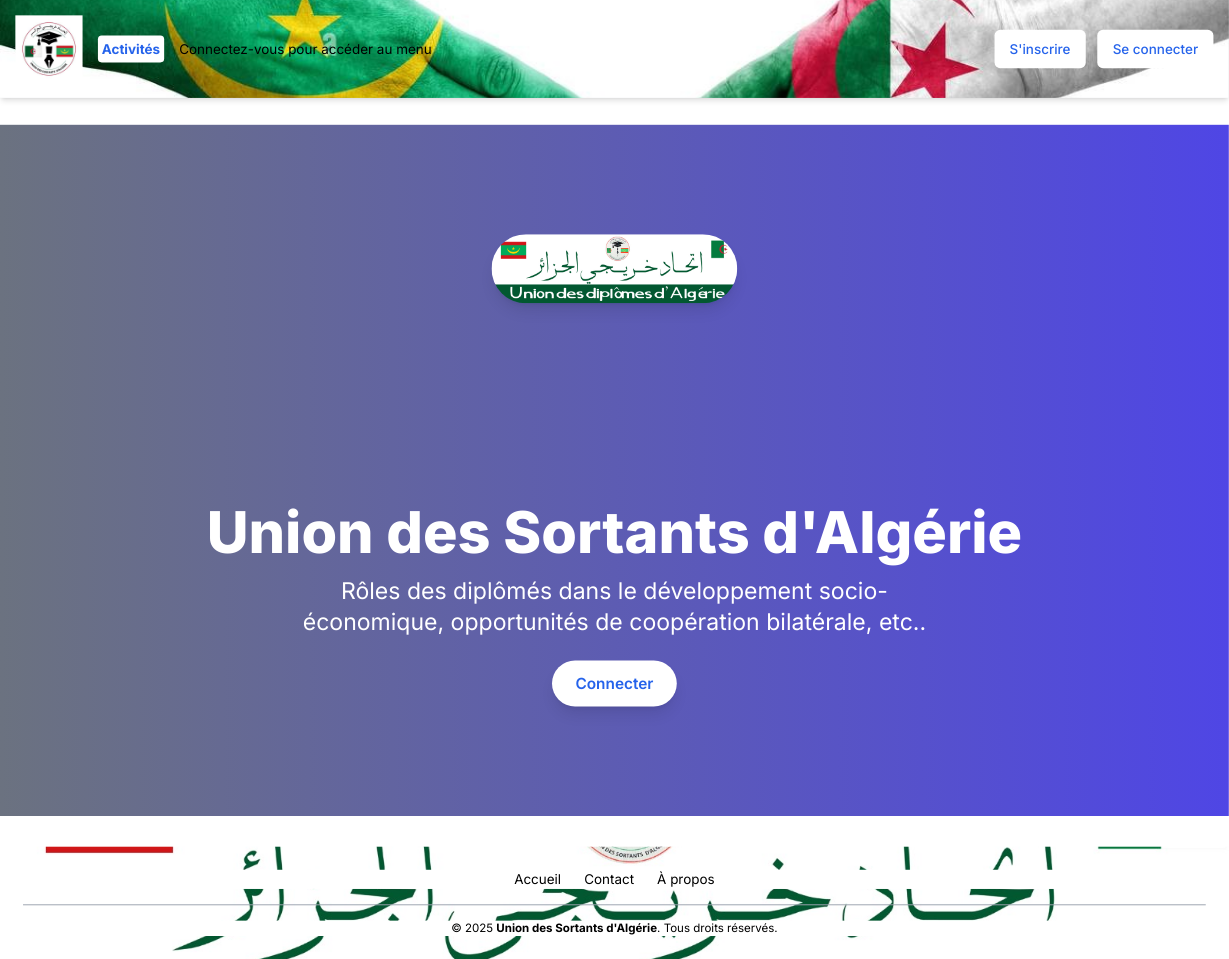
Repository: lamatmed/usa
Page: /
An editor plug-in stored every save of this project. The page is shown before and after the next save, followed by the edit.
The browser window is 1280 px wide. The pictures show the whole page, at 96% of full size.
The project was rebuilt for these pictures with package versions that can differ from the ones it lists, and the page was loaded fresh each time. The framework's server and built-in components were replaced by stand-ins that run in the browser. Also part of the build but not shown: next.config.js, components/ui/dropdown-menu.tsx.

Above is the page before, as saved 2025-04-11 18:52:34.

### app/layout.tsx
import "./globals.css";
import type { Metadata } from "next";
import { Inter } from "next/font/google";
import { AuthProvider } from "@/components/AuthContext";
import NavBar from "@/components/NavBar";
import { Toaster } from "@/components/ui/toaster";
import Footer from "@/components/Footer";

const inter = Inter({ subsets: ["latin"] });

export const metadata: Metadata = {
  title: "Union des Sortants  d'Algérie",
  description: "Application",
  icons: "/R.png",
};

export default function RootLayout({
  children,
}: {
  children: React.ReactNode;
}) {
  return (
    <html lang="fr" className={inter.className} suppressHydrationWarning>
      <body className="flex flex-col min-h-screen">
        <AuthProvider>
          <NavBar />
          <main className="flex-grow mt-7">{children}</main>
          <Footer />
        </AuthProvider>
        <Toaster /> {/* Placer Toaster en dehors d'AuthProvider pour éviter sa réinitialisation */}
      </body>
    </html>
  );
}

### app/page.tsx
'use client';

import { motion } from "framer-motion";
import Image from "next/image";

export default function Hero() {
  return (
    <section className="w-full min-h-screen flex flex-col justify-center items-center text-center bg-gradient-to-r from-gray-500 to-indigo-600 text-white px-8 md:px-10">
      <motion.div
        className="relative w-32 h-32 md:w-48 md:h-48 lg:w-64 lg:h-64 mb-6"
        initial={{ opacity: 0, scale: 0.8 }}
        animate={{ opacity: 1, scale: 1 }}
        transition={{ duration: 0.8 }}
      >
        <Image
          src="/uda.jpg" // Remplace avec l'URL de ton image
          alt="Uda"
          width={256}  // Provide width for optimization
          height={256} // Provide height for optimization
         // Use intrinsic layout for responsive image
          className="rounded-full shadow-lg"

        />
      </motion.div>

      <motion.h1
        className="text-3xl md:text-5xl lg:text-6xl font-extrabold"
        initial={{ opacity: 0, y: -50 }}
        animate={{ opacity: 1, y: 0 }}
        transition={{ duration: 0.8 }}
      >
        Union des Sortants d&apos;Algérie
      </motion.h1>

      <motion.p
        className="mt-4 text-lg md:text-xl lg:text-2xl max-w-2xl"
        initial={{ opacity: 0, y: 20 }}
        animate={{ opacity: 1, y: 0 }}
        transition={{ delay: 0.3, duration: 0.8 }}
      >
        Rôles des diplômés dans le développement socio-économique, opportunités de coopération bilatérale, etc..
      </motion.p>

      <motion.a
        href="/login"
        className="mt-6 px-6 py-3 bg-white text-blue-600 font-semibold rounded-full shadow-lg hover:bg-gray-200 transition transform hover:scale-105"
        initial={{ opacity: 0, scale: 0.8 }}
        animate={{ opacity: 1, scale: 1 }}
        transition={{ delay: 0.5, duration: 0.5 }}
        aria-label="Se connecter pour accéder à l'espace personnel"  // Added an aria-label for accessibility
      >
        Connecter
      </motion.a>
    </section>
  );
}

### components/AuthContext.tsx
"use client";

import { createContext, useState, useEffect, useCallback } from "react";

interface User {
  nni: string;
  id: string;
  name: string;
  role: string;
  photo: string| undefined;
  address: string| undefined;
  job:  string| undefined;
  domain : string| undefined;
  cv: string| undefined
}

interface AuthContextType {
  user: User | null;
  isAuthenticated: boolean;
  login: (token: string) => void;
  logout: () => void;
}

export const AuthContext = createContext<AuthContextType | null>(null);

export function AuthProvider({ children }: { children: React.ReactNode }) {
  const [user, setUser] = useState<User | null>(null);
  const [isAuthenticated, setIsAuthenticated] = useState(false);

  // ✅ `fetchUser` est maintenant stable grâce à `useCallback`
  const fetchUser = useCallback((token: string) => {
    console.log("🔍 Envoi du token pour récupération de l'utilisateur...");

    fetch("/api/me", {
      headers: { Authorization: `Bearer ${token}` },
    })
      .then((res) => res.json())
      .then((data) => {
        console.log("🔍 Réponse API:", data);
        if (data.user) {
          setUser(data.user);
          setIsAuthenticated(true);
        } else {
          throw new Error("Utilisateur non trouvé");
        }
      })
      .catch((error) => {
        console.log("❌ Erreur lors de la récupération de l'utilisateur:", error);
        logout(); // Un seul appel ici
      });
  }, []);


  useEffect(() => {
    const token = localStorage.getItem("token");
    if (token) {
      fetchUser(token); // ✅ Plus de warning
    }
  }, [fetchUser]); // ✅ fetchUser est maintenant stable

  function login(token: string) {
    console.log("✅ Connexion réussie, stockage du token...");
    localStorage.setItem("token", token);
    fetchUser(token);
  }

  function logout() {
    console.log("🚪 Déconnexion, suppression du token...");
    localStorage.removeItem("token");
    setUser(null);
    setIsAuthenticated(false);
  }

  return (
    <AuthContext.Provider value={{ user, isAuthenticated, login, logout }}>
      {children}
    </AuthContext.Provider>
  );
}

### components/ui/toaster.tsx
'use client';

import { useToast } from '@/hooks/use-toast';
import {
  Toast,
  ToastClose,
  ToastDescription,
  ToastProvider,
  ToastTitle,
  ToastViewport,
} from '@/components/ui/toast';

export function Toaster() {
  const { toasts } = useToast();

  return (
    <ToastProvider>
      {toasts.map(function ({ id, title, description, action, ...props }) {
        return (
          <Toast key={id} {...props}>
            <div className="grid gap-1">
              {title && <ToastTitle>{title}</ToastTitle>}
              {description && (
                <ToastDescription>{description}</ToastDescription>
              )}
            </div>
            {action}
            <ToastClose />
          </Toast>
        );
      })}
      <ToastViewport />
    </ToastProvider>
  );
}

### components/Footer.tsx
"use client";

import Link from "next/link";
import { motion } from "framer-motion";

const Footer = () => {
  return (
    <motion.footer
      initial={{ opacity: 0, y: 20 }}
      animate={{ opacity: 1, y: 0 }}
      transition={{ duration: 0.6 }}
      className="w-full py-6 bg-gradient-to-r from-gray-900 to-gray-700 text-white shadow-md mt-8"
      style={{
        backgroundImage: "url('/uda.jpg')", // Remplace par ton image
        backgroundSize: "cover",
        backgroundPosition: "center",
      }}
    >
      <div className="container mx-auto px-6 max-w-7xl text-center">
        {/* Liens rapides */}
        <nav className="mb-4 flex justify-center space-x-6 bg-white text-black">
          <Link href="/" className="text-sm hover:bg-blue-400 transition ">
            Accueil
          </Link>
          <Link
            href="/contact"
            className="text-sm hover:text-blue-900transition hover:bg-blue-400 "
          >
            Contact
          </Link>
          <Link
            href="/about"
            className="text-sm hover:bg-blue-400 transition"
          >
            À propos
          </Link>
        </nav>

        {/* Copyright */}
        <div className="border-t border-gray-400 pt-4 text-center px-2 sm:px-4">
          <p className="text-[10px] sm:text-xs text-black whitespace-nowrap bg-white">
            © {new Date().getFullYear()}{" "}
            <span className="font-bold">Union des Sortants d&apos;Algérie</span>
            . Tous droits réservés.
          </p>
        </div>
      </div>
    </motion.footer>
  );
};

export default Footer;

### components/ui/button.tsx
import * as React from 'react';
import { Slot } from '@radix-ui/react-slot';
import { cva, type VariantProps } from 'class-variance-authority';

import { cn } from '@/lib/utils';

const buttonVariants = cva(
  'inline-flex items-center justify-center whitespace-nowrap rounded-md text-sm font-medium ring-offset-background transition-colors focus-visible:outline-none focus-visible:ring-2 focus-visible:ring-ring focus-visible:ring-offset-2 disabled:pointer-events-none disabled:opacity-50',
  {
    variants: {
      variant: {
        default: 'bg-primary text-primary-foreground hover:bg-primary/90',
        destructive:
          'bg-destructive text-destructive-foreground hover:bg-destructive/90',
        outline:
          'border border-input bg-background hover:bg-accent hover:text-accent-foreground',
        secondary:
          'bg-secondary text-secondary-foreground hover:bg-secondary/80',
        ghost: 'hover:bg-accent hover:text-accent-foreground',
        link: 'text-primary underline-offset-4 hover:underline',
      },
      size: {
        default: 'h-10 px-4 py-2',
        sm: 'h-9 rounded-md px-3',
        lg: 'h-11 rounded-md px-8',
        icon: 'h-10 w-10',
      },
    },
    defaultVariants: {
      variant: 'default',
      size: 'default',
    },
  }
);

export interface ButtonProps
  extends React.ButtonHTMLAttributes<HTMLButtonElement>,
    VariantProps<typeof buttonVariants> {
  asChild?: boolean;
}

const Button = React.forwardRef<HTMLButtonElement, ButtonProps>(
  ({ className, variant, size, asChild = false, ...props }, ref) => {
    const Comp = asChild ? Slot : 'button';
    return (
      <Comp
        className={cn(buttonVariants({ variant, size, className }))}
        ref={ref}
        {...props}
      />
    );
  }
);
Button.displayName = 'Button';

export { Button, buttonVariants };

### components/main-nav.tsx
"use client"

import Link from "next/link"
import { usePathname } from "next/navigation"
import { useContext } from "react"
import { AuthContext } from "@/components/AuthContext"
import { cn } from "@/lib/utils"
import {
  Users,
  Clipboard,
  ComputerIcon ,
  LayoutDashboard
} from "lucide-react"

type NavigationItem = {
  name: string;
  href: string;
  icon: React.ComponentType<any>;
}

type Navigation = {
  ADMIN: NavigationItem[];
  USER: NavigationItem[];

}

const navigation: Navigation = {
  ADMIN: [
    { name: "Tableau de bord", href: "/dashboard", icon: LayoutDashboard },

    { name: "Mon espace", href: "/dashboard/espace-user", icon: ComputerIcon},
    { name: "Mombres", href: "/dashboard/users", icon: Users },
    { name: "Election", href: "/dashboard/config-vote", icon: Clipboard },
  ],
  USER: [
    { name: "Tableau de bord", href: "/dashboard", icon: LayoutDashboard },
    { name: "Mon espace", href: "/dashboard/espace-user", icon: Users },

  ],

}

export function MainNav() {
  const pathname = usePathname()
  const { user, isAuthenticated } = useContext(AuthContext)!;

  // Vérifier le rôle de l'utilisateur
  const userRole = user?.role || "USER";
  const allowedNavigation = navigation[userRole as keyof Navigation] || navigation.USER;

  return (
    <nav className="flex flex-col md:flex-row items-center md:space-x-6 space-y-2 md:space-y-0">
      {isAuthenticated && user ? (
        allowedNavigation.map((item) => {
          const Icon = item.icon
          const isActive = pathname === item.href

          return (
            <Link
              key={item.href}
              href={item.href}
              className={cn(
                "flex items-center text-sm font-medium transition-colors duration-200 px-4 py-2 rounded-lg w-full md:w-auto",
                isActive
                  ? "text-blue-600 bg-gray-100 md:border-b-2 border-blue-600"
                  : "text-gray-700 bg-white hover:text-blue-500 hover:bg-gray-100"
              )}
            >
              <Icon className="mr-2 h-5 w-5" />
              {item.name}
            </Link>
          )
        })
      ) : (
        <span className="text-black text-sm">Connectez-vous pour accéder au menu</span>
      )}
    </nav>
  )
}

### hooks/use-toast.ts
'use client';

import { ToastActionElement, ToastProps } from '@/components/ui/toast';
// Inspired by react-hot-toast library
import * as React from 'react';



const TOAST_LIMIT = 1;
const TOAST_REMOVE_DELAY = 1000000;

type ToasterToast = ToastProps& {
  id: string;
  title?: React.ReactNode;
  description?: React.ReactNode;
  action?: ToastActionElement;
};

const actionTypes = {
  ADD_TOAST: 'ADD_TOAST',
  UPDATE_TOAST: 'UPDATE_TOAST',
  DISMISS_TOAST: 'DISMISS_TOAST',
  REMOVE_TOAST: 'REMOVE_TOAST',
} as const;

let count = 0;

function genId() {
  count = (count + 1) % Number.MAX_SAFE_INTEGER;
  return count.toString();
}

type ActionType = typeof actionTypes;

type Action =
  | {
      type: ActionType['ADD_TOAST'];
      toast: ToasterToast;
    }
  | {
      type: ActionType['UPDATE_TOAST'];
      toast: Partial<ToasterToast>;
    }
  | {
      type: ActionType['DISMISS_TOAST'];
      toastId?: ToasterToast['id'];
    }
  | {
      type: ActionType['REMOVE_TOAST'];
      toastId?: ToasterToast['id'];
    };

interface State {
  toasts: ToasterToast[];
}

const toastTimeouts = new Map<string, ReturnType<typeof setTimeout>>();

const addToRemoveQueue = (toastId: string) => {
  if (toastTimeouts.has(toastId)) {
    return;
  }

  const timeout = setTimeout(() => {
    toastTimeouts.delete(toastId);
    dispatch({
      type: 'REMOVE_TOAST',
      toastId: toastId,
    });
  }, TOAST_REMOVE_DELAY);

  toastTimeouts.set(toastId, timeout);
};

export const reducer = (state: State, action: Action): State => {
  switch (action.type) {
    case 'ADD_TOAST':
      return {
        ...state,
        toasts: [action.toast, ...state.toasts].slice(0, TOAST_LIMIT),
      };

    case 'UPDATE_TOAST':
      return {
        ...state,
        toasts: state.toasts.map((t) =>
          t.id === action.toast.id ? { ...t, ...action.toast } : t
        ),
      };

    case 'DISMISS_TOAST': {
      const { toastId } = action;

      // ! Side effects ! - This could be extracted into a dismissToast() action,
      // but I'll keep it here for simplicity
      if (toastId) {
        addToRemoveQueue(toastId);
      } else {
        state.toasts.forEach((toast) => {
          addToRemoveQueue(toast.id);
        });
      }

      return {
        ...state,
        toasts: state.toasts.map((t) =>
          t.id === toastId || toastId === undefined
            ? {
                ...t,
                open: false,
              }
            : t
        ),
      };
    }
    case 'REMOVE_TOAST':
      if (action.toastId === undefined) {
        return {
          ...state,
          toasts: [],
        };
      }
      return {
        ...state,
        toasts: state.toasts.filter((t) => t.id !== action.toastId),
      };
  }
};

const listeners: Array<(state: State) => void> = [];

let memoryState: State = { toasts: [] };

function dispatch(action: Action) {
  memoryState = reducer(memoryState, action);
  listeners.forEach((listener) => {
    listener(memoryState);
  });
}

type Toast = Omit<ToasterToast, 'id'>;

function toast({ ...props }: Toast) {
  const id = genId();

  const update = (props: ToasterToast) =>
    dispatch({
      type: 'UPDATE_TOAST',
      toast: { ...props, id },
    });
  const dismiss = () => dispatch({ type: 'DISMISS_TOAST', toastId: id });

  dispatch({
    type: 'ADD_TOAST',
    toast: {
      ...props,
      id,
      open: true,
      onOpenChange: (open) => {
        if (!open) dismiss();
      },
    },
  });

  return {
    id: id,
    dismiss,
    update,
  };
}

function useToast() {
  const [state, setState] = React.useState<State>(memoryState);

  React.useEffect(() => {
    listeners.push(setState);
    return () => {
      const index = listeners.indexOf(setState);
      if (index > -1) {
        listeners.splice(index, 1);
      }
    };
  }, [state]);

  return {
    ...state,
    toast,
    dismiss: (toastId?: string) => dispatch({ type: 'DISMISS_TOAST', toastId }),
  };
}

export { useToast, toast };

### components/ui/toast.tsx
'use client';

import * as React from 'react';
import * as ToastPrimitives from '@radix-ui/react-toast';
import { cva, type VariantProps } from 'class-variance-authority';
import { X } from 'lucide-react';

import { cn } from '@/lib/utils';

const ToastProvider = ToastPrimitives.Provider;

const ToastViewport = React.forwardRef<
  React.ElementRef<typeof ToastPrimitives.Viewport>,
  React.ComponentPropsWithoutRef<typeof ToastPrimitives.Viewport>
>(({ className, ...props }, ref) => (
  <ToastPrimitives.Viewport
    ref={ref}
    className={cn(
      'fixed top-0 z-[100] flex max-h-screen w-full flex-col-reverse p-4 sm:bottom-0 sm:right-0 sm:top-auto sm:flex-col md:max-w-[420px]',
      className
    )}
    {...props}
  />
));
ToastViewport.displayName = ToastPrimitives.Viewport.displayName;

const toastVariants = cva(
  'group pointer-events-auto relative flex w-full items-center justify-between space-x-4 overflow-hidden rounded-md border p-6 pr-8 shadow-lg transition-all data-[swipe=cancel]:translate-x-0 data-[swipe=end]:translate-x-[var(--radix-toast-swipe-end-x)] data-[swipe=move]:translate-x-[var(--radix-toast-swipe-move-x)] data-[swipe=move]:transition-none data-[state=open]:animate-in data-[state=closed]:animate-out data-[swipe=end]:animate-out data-[state=closed]:fade-out-80 data-[state=closed]:slide-out-to-right-full data-[state=open]:slide-in-from-top-full data-[state=open]:sm:slide-in-from-bottom-full',
  {
    variants: {
      variant: {
        default: 'border bg-background text-foreground',
        destructive:
          'destructive group border-destructive bg-destructive text-destructive-foreground',
      },
    },
    defaultVariants: {
      variant: 'default',
    },
  }
);

const Toast = React.forwardRef<
  React.ElementRef<typeof ToastPrimitives.Root>,
  React.ComponentPropsWithoutRef<typeof ToastPrimitives.Root> &
    VariantProps<typeof toastVariants>
>(({ className, variant, ...props }, ref) => {
  return (
    <ToastPrimitives.Root
      ref={ref}
      className={cn(toastVariants({ variant }), className)}
      {...props}
    />
  );
});
Toast.displayName = ToastPrimitives.Root.displayName;

const ToastAction = React.forwardRef<
  React.ElementRef<typeof ToastPrimitives.Action>,
  React.ComponentPropsWithoutRef<typeof ToastPrimitives.Action>
>(({ className, ...props }, ref) => (
  <ToastPrimitives.Action
    ref={ref}
    className={cn(
      'inline-flex h-8 shrink-0 items-center justify-center rounded-md border bg-transparent px-3 text-sm font-medium ring-offset-background transition-colors hover:bg-secondary focus:outline-none focus:ring-2 focus:ring-ring focus:ring-offset-2 disabled:pointer-events-none disabled:opacity-50 group-[.destructive]:border-muted/40 group-[.destructive]:hover:border-destructive/30 group-[.destructive]:hover:bg-destructive group-[.destructive]:hover:text-destructive-foreground group-[.destructive]:focus:ring-destructive',
      className
    )}
    {...props}
  />
));
ToastAction.displayName = ToastPrimitives.Action.displayName;

const ToastClose = React.forwardRef<
  React.ElementRef<typeof ToastPrimitives.Close>,
  React.ComponentPropsWithoutRef<typeof ToastPrimitives.Close>
>(({ className, ...props }, ref) => (
  <ToastPrimitives.Close
    ref={ref}
    className={cn(
      'absolute right-2 top-2 rounded-md p-1 text-foreground/50 opacity-0 transition-opacity hover:text-foreground focus:opacity-100 focus:outline-none focus:ring-2 group-hover:opacity-100 group-[.destructive]:text-red-300 group-[.destructive]:hover:text-red-50 group-[.destructive]:focus:ring-red-400 group-[.destructive]:focus:ring-offset-red-600',
      className
    )}
    toast-close=""
    {...props}
  >
    <X className="h-4 w-4" />
  </ToastPrimitives.Close>
));
ToastClose.displayName = ToastPrimitives.Close.displayName;

const ToastTitle = React.forwardRef<
  React.ElementRef<typeof ToastPrimitives.Title>,
  React.ComponentPropsWithoutRef<typeof ToastPrimitives.Title>
>(({ className, ...props }, ref) => (
  <ToastPrimitives.Title
    ref={ref}
    className={cn('text-sm font-semibold', className)}
    {...props}
  />
));
ToastTitle.displayName = ToastPrimitives.Title.displayName;

const ToastDescription = React.forwardRef<
  React.ElementRef<typeof ToastPrimitives.Description>,
  React.ComponentPropsWithoutRef<typeof ToastPrimitives.Description>
>(({ className, ...props }, ref) => (
  <ToastPrimitives.Description
    ref={ref}
    className={cn('text-sm opacity-90', className)}
    {...props}
  />
));
ToastDescription.displayName = ToastPrimitives.Description.displayName;

type ToastProps = React.ComponentPropsWithoutRef<typeof Toast>;

type ToastActionElement = React.ReactElement<typeof ToastAction>;

export {
  type ToastProps,
  type ToastActionElement,
  ToastProvider,
  ToastViewport,
  Toast,
  ToastTitle,
  ToastDescription,
  ToastClose,
  ToastAction,
};

Loaded but not shown: app/globals.css (common file); lib/utils.ts (common file); tailwind.config.ts (common file); components/NavBar.tsx (165 lines, source omitted)

After the next save:
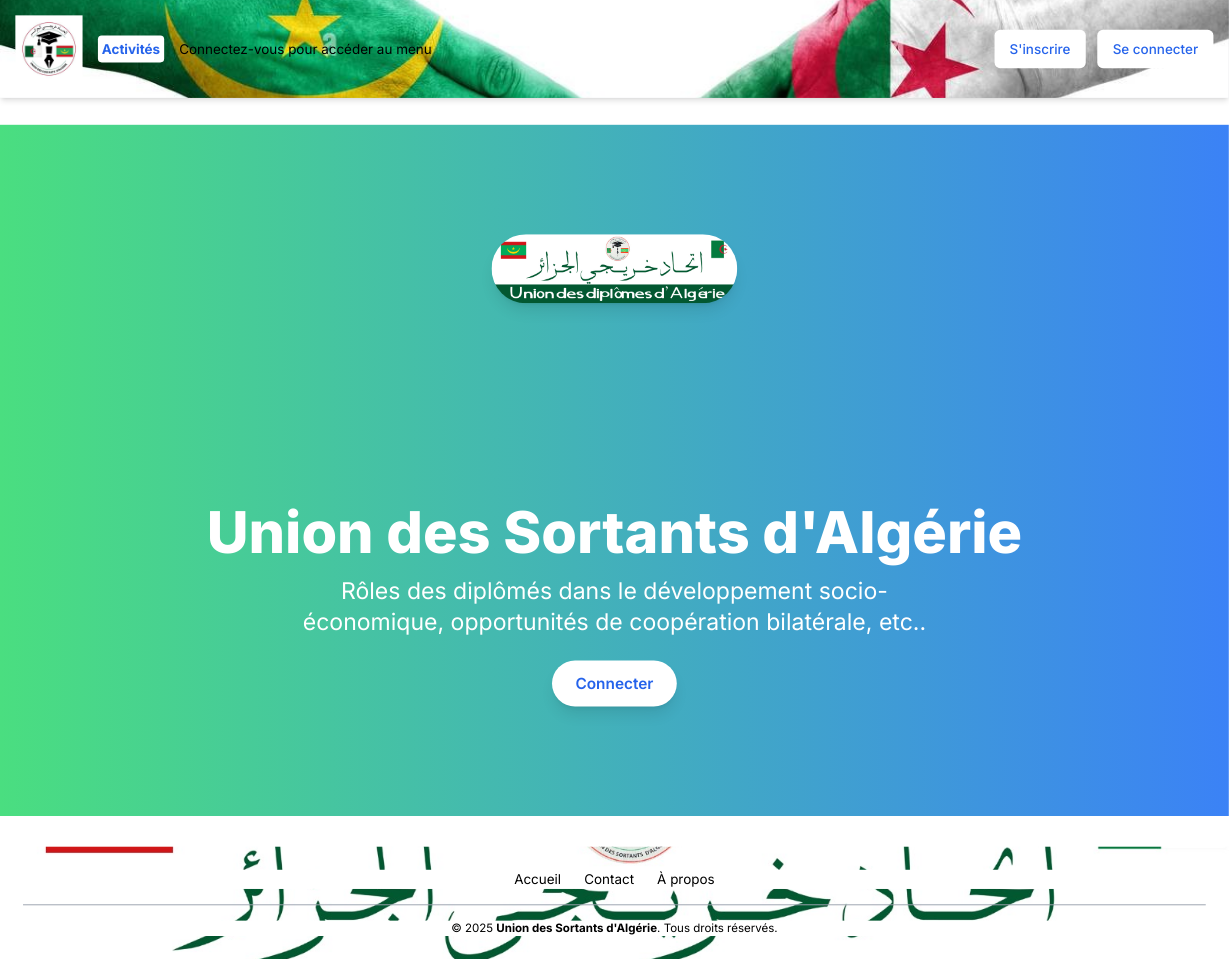
Saved 24 s later.
--- a/app/page.tsx
+++ b/app/page.tsx
@@ -5,7 +5,7 @@
 
 export default function Hero() {
   return (
-    <section className="w-full min-h-screen flex flex-col justify-center items-center text-center bg-gradient-to-r from-gray-500 to-indigo-600 text-white px-8 md:px-10">
+    <section className="w-full min-h-screen flex flex-col justify-center items-center text-center bg-gradient-to-r from-green-400 to-blue-500 text-white px-8 md:px-10">
       <motion.div
         className="relative w-32 h-32 md:w-48 md:h-48 lg:w-64 lg:h-64 mb-6"
         initial={{ opacity: 0, scale: 0.8 }}
